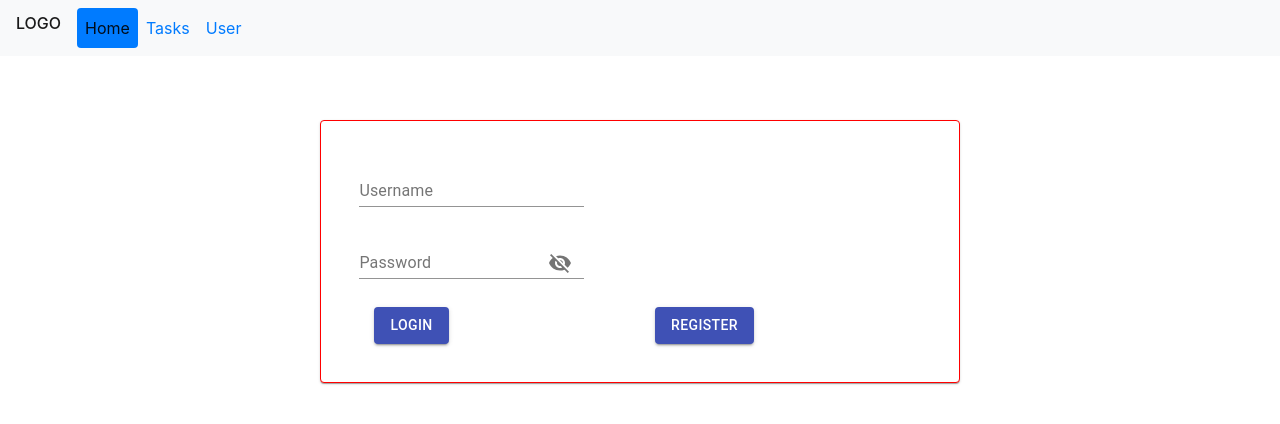
Repository: lalji-yadav/Nimapinfotech-demo-project
Page: /login
These files come from the project's save history. The page is drawn as it stood at one moment and after the next save; the edit follows.
The browser window is 1280 px wide. The pictures show the whole page.
The project was rebuilt for these pictures with package versions that can differ from the ones it lists, and the page was loaded fresh each time. Also part of the build but not shown: src/components/Home.js, src/components/Tasks.js, src/components/Users.js.

Above is the page before, as saved 2021-01-18 11:55:54.

### src/App.js
// import './App.css';
import Navbar from "./components/Navbars";
import Login from "./components/Login";


function App() {
  return (
    <div>

    {/* <Login /> */}
    <Navbar />
    </div>
  );
}

export default App;

### src/components/Navbars.js
import React from 'react';
import { Navbar,Nav,NavDropdown,Form,FormControl ,Button } from 'react-bootstrap';
import {
  BrowserRouter as Router,
  Switch,
  Route,
  Link
} from "react-router-dom";

import Home from "./Home";
import Tasks from "./Tasks";
import User from "./Users";
import Login from "./Login";


const Navbars=()=> {
        return (
            <div>

              <Router>
                  <Navbar bg="light" expand="lg">
                      <Navbar.Brand> <h6>LOGO</h6></Navbar.Brand>
                      <Navbar.Toggle aria-controls="basic-navbar-nav" />
                      <Navbar.Collapse id="basic-navbar-nav">
                      <Nav variant="pills" defaultActiveKey="/">
                        <Nav.Item>
                          <Nav.Link href="/">Home </Nav.Link>
                        </Nav.Item>
                        <Nav.Item>
                          <Nav.Link eventKey="link-1"> <Link to="/tasks"> Tasks </Link> </Nav.Link>
                        </Nav.Item>
                        <Nav.Item>
                          <Nav.Link eventKey="link-2">
                          <Link to="/user"> User </Link>
                          </Nav.Link>
                        </Nav.Item>
                      </Nav>
                      </Navbar.Collapse>
                    </Navbar>


                    <Switch>
                      <Route exact path="/" component={Home} />

                      <Route exact path="/user" component={User} />

                      <Route exact path="/tasks" component={Tasks} />

                      <Route exact path="/login" component={Login} />

                    </Switch>
             </Router>

            </div>
        );
    }

export default Navbars;

### src/components/Login.js
import React from 'react';
import {IconButton, TextField,Input,InputLabel,FormControl,InputAdornment,Card,
Button} from '@material-ui/core';
import VisibilityIcon from '@material-ui/icons/Visibility';
import VisibilityOffIcon from '@material-ui/icons/VisibilityOff';
import axios from "axios";
import { useHistory } from "react-router-dom";
import { useFormik } from 'formik';


const validate = values => {
  const errors = {};
  if (!values.username) {
    errors.username = 'Required';
  } else if (values.username.length < 3) {
    errors.username = 'Must be 3 characters or greater';
  }

  if (!values.password) {
    errors.password = 'Required';
  } else if (values.password.length < 6) {
    errors.password = 'Must be 6 characters or greater';
  }

  return errors;
};

 const Login=()=> {

  const [values, setValues] = React.useState({
    username:'',
    password: '',
    showPassword: false,
  });

  let history = useHistory();

  const handleChange = (prop) => (event) => {
    setValues({ ...values, [prop]: event.target.value });
  };

  const handleClickShowPassword = () => {
    setValues({ ...values, showPassword: !values.showPassword });
  };

  const handleMouseDownPassword = (event) => {
    event.preventDefault();
  };

  const formik = useFormik({
    initialValues: {
      username: '',
      password: ''
    },
    validate,
  });

 const formSubmit=()=> {
        axios.post('https://reqres.in/api/login',
        { username: formik.values.username, password: formik.values.password }).then(response => {
        console.log(response);
      alert("Login Successfullly");
      history.push('/')
      }).catch(error => {
          console.log(error);
          alert("Please enter correct email and password")
      });
    //alert(`${values.Username}`)
  }

  return (
    <div>
      <Card style={{width:"50%", border:"1px solid red", margin:"5% 25% 0% 25%", padding:"3%"}}>

         <TextField id="username"
           // onChange={handleChange('username')}
           // value={values.username}
            style={{width:"40%"}}
            label="Username"
            color="primary"

            name="username"
            type="text"
            onChange={formik.handleChange('username')}
            onBlur={formik.handleBlur}
            value={formik.values.username}
             /> <br /> <br />

            <span style={{color:"red"}}>
             {formik.touched.username && formik.errors.username ? (
             <div>{formik.errors.username}</div>
             ) : null}
            </span>

           <FormControl style={{width:"40%"}}>
           <InputLabel htmlFor="password">Password</InputLabel>
           <Input
            id="password"
            type={values.showPassword ? 'text' : 'password'}
           // value={values.password}
           // onChange={handleChange('password')}

            name="password"
            onChange={formik.handleChange('password')}
            onBlur={formik.handleBlur}
            value={formik.values.password}
            endAdornment={
              <InputAdornment position="end">
                <IconButton
                  aria-label="toggle password visibility"
                  onClick={handleClickShowPassword}
                  onMouseDown={handleMouseDownPassword}
                >
                  {values.showPassword ? <VisibilityIcon /> : <VisibilityOffIcon />}
                </IconButton>
              </InputAdornment>
            }
          />
        </FormControl>

        <span style={{color:"red"}}>
        {formik.touched.password && formik.errors.password ? (
         <div>{formik.errors.password}</div>
        ) : null}
        </span>

        <div className="row" style={{margin:"5% 0% 0% 0%"}}>
          <div className="col-sm-6">
            <Button onClick={formSubmit} variant="contained" color="primary"> Login </Button>
          </div>
          <div className="col-sm-6">
          <Button variant="contained" color="primary"> Register </Button>
          </div>

        </div>
      </Card>
    </div>
  );
}

export default Login;

### src/App.css
.scroll-tab {
    height: 55vh;
    margin: 3% 3% 5% 3%;
    overflow-y: scroll;
    border: "1px solid red";
}
::-webkit-scrollbar{
    width: 12px;
    height: 12px;
}
::-webkit-scrollbar-track {
    box-shadow: inset 0 0 10px #4A4A4A;
    border-radius: 10px;
    }

    ::-webkit-scrollbar-thumb {
    border-radius: 10px;
    background: #4A4A4A;
}

.effect1{
        box-shadow: 0px 0px 6px #777;
        border-radius: 10px;
}

Loaded but not shown: public/index.html (common file); src/index.js (common file); src/index.css (common file); src/reportWebVitals.js (common file)

After the next save:
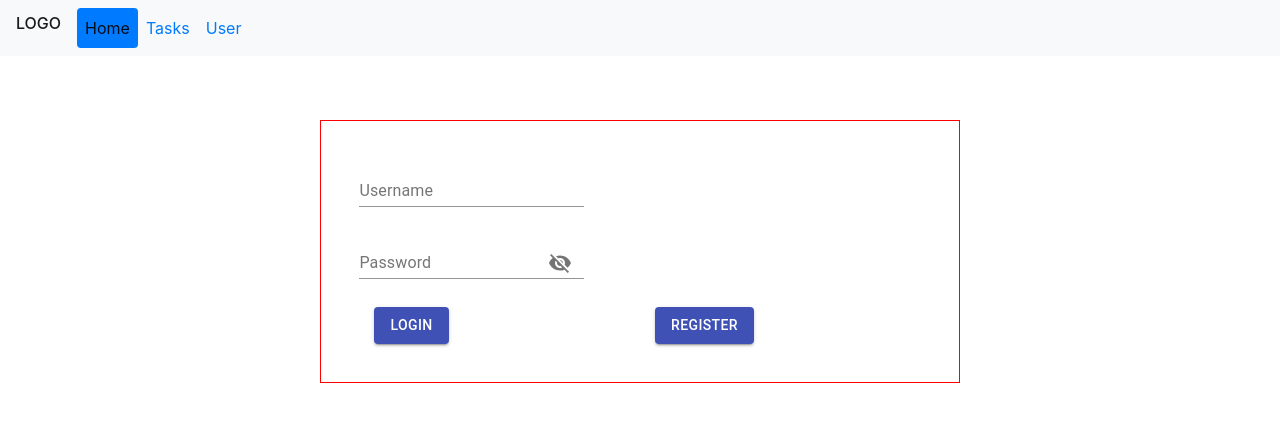
Saved 83 s later.
--- a/src/components/Login.js
+++ b/src/components/Login.js
@@ -70,7 +70,7 @@ const validate = values => {
 
   return (
     <div>
-      <Card style={{width:"50%", border:"1px solid red", margin:"5% 25% 0% 25%", padding:"3%"}}>
+      <div style={{width:"50%", border:"1px solid red", margin:"5% 25% 0% 25%", padding:"3%"}}>
 
          <TextField id="username"
            // onChange={handleChange('username')}
@@ -133,7 +133,7 @@ const validate = values => {
           </div>
 
         </div>
-      </Card>
+      </div>
     </div>
   );
 }
